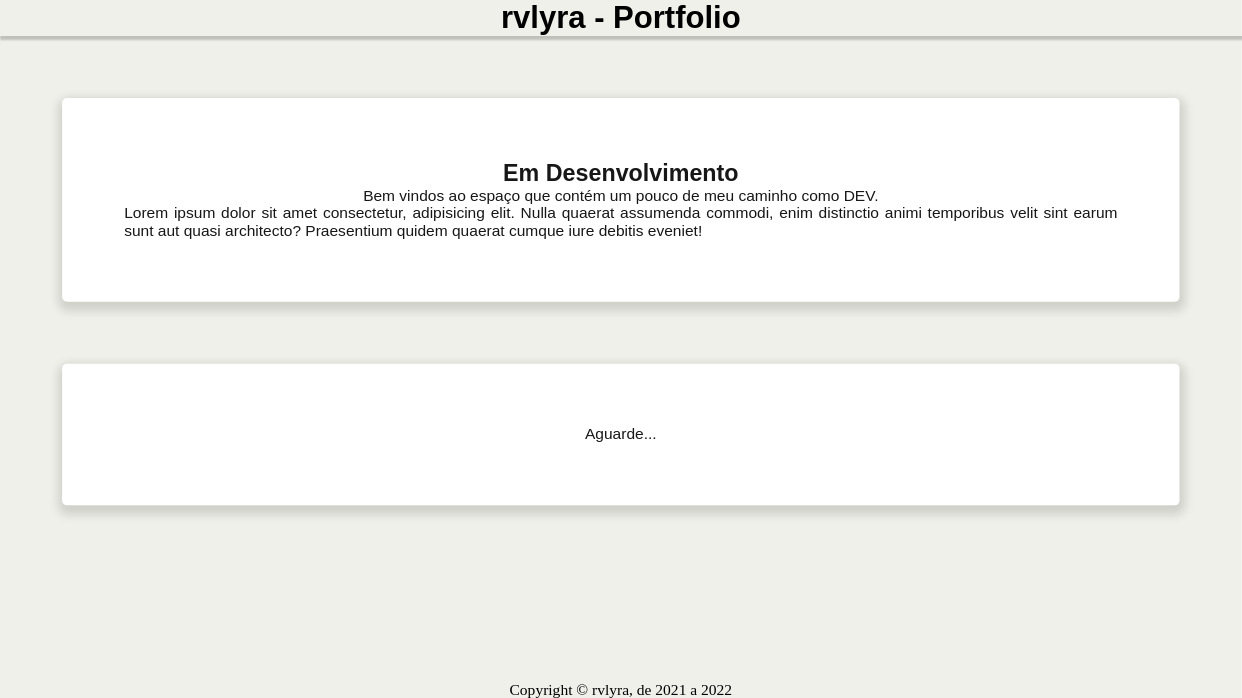
Repository: rvlyra/splash-screen-rvlyra
Page: Portfolio-RVLYRA/public/index.html
The author's editor kept a copy of each file at every save. The page is drawn from the files as they stood at one save, then again after the next save.
The browser window is 1280 px wide. The pictures show the whole page, at 97% of full size.
Some web fonts or font styles are not loaded; a fallback is used.

Above is the page before, as saved 2022-07-06 09:44:24.

### Portfolio-RVLYRA/public/index.html
<!DOCTYPE html>
<html lang="en">
<head>
    <meta charset="UTF-8">
    <meta http-equiv="X-UA-Compatible" content="IE=edge">
    <meta name="viewport" content="width=device-width, initial-scale=1.0">
    <link rel="stylesheet" href="../assets/src/css/rl.main.css">
    <title>rvlyra @ Portfolio</title>
</head>
<body>
    <main>

        <header class="header">
            <h1>rvlyra - Portfolio</h1>
        </header>

        <section class="sec-one">
            <h2>Em Desenvolvimento</h2>
            <p>Bem vindos ao espaço que contém um pouco de meu caminho como DEV.</p>
            <p>Lorem ipsum dolor sit amet consectetur, adipisicing elit. Nulla quaerat assumenda commodi, enim distinctio animi temporibus velit sint earum sunt aut quasi architecto? Praesentium quidem quaerat cumque iure debitis eveniet!</p>
        </section>
        <section>
            Aguarde...

        </section>



        <footer class="footer">
            <p>Copyright © rvlyra, de 2021 a <span id="ano"></span></p>
        </footer>

    </main>

      <script src="../assets/src/js/rl.main.js"></script>
</body>
</html>

### Portfolio-RVLYRA/assets/src/css/rl.main.css
@import url('https://fonts.googleapis.com/css2?family=Mingzat&display=swap');

* {
    margin: 0;
    padding: 0;
    box-sizing: border-box;
}

.header {
    font-family: 'Mingzat', sans-serif;
    display:flex;
    justify-content:center;
    align-items:center;
    box-shadow: 2px 2px 2px 2px rgba(0, 0, 0, 0.2);
}

main {
    background-color: rgb(240, 240, 234);
    width:100vw;
    height:100vh;
}

section {
    font-family: 'Mingzat', sans-serif;
    display:flex;
    justify-content:space-evenly;
    align-items:center;
    flex-direction: column;
    color: rgb(24, 23, 23);
    text-align: justify;
    margin: 5%;
    padding: 5%;
    border-radius: 5px;
    box-shadow: 1px 5px 10px 5px rgba(0, 0, 0, 0.13);

    background-color:rgb(255, 255, 255);

}

.footer {
    width: 100%;
    bottom: 0;
    position: fixed;
    text-align: center;
}

### Portfolio-RVLYRA/assets/src/js/rl.main.js
const ano = document.getElementById("ano");
const anoAtual = new Date();
ano.innerHTML = anoAtual.getFullYear();

After the next save:
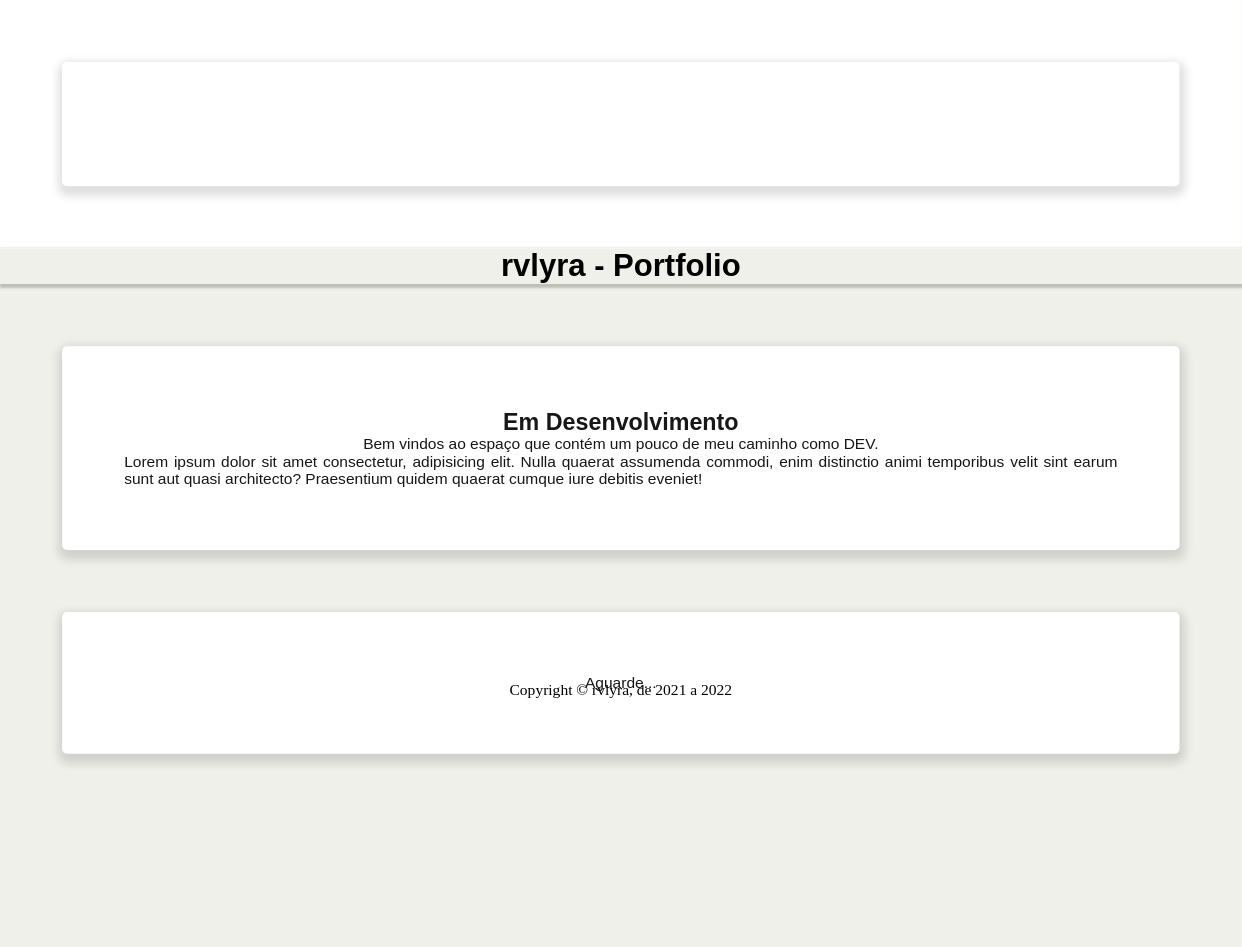
Saved 57 s later.
--- a/Portfolio-RVLYRA/public/index.html
+++ b/Portfolio-RVLYRA/public/index.html
@@ -8,6 +8,7 @@
     <title>rvlyra @ Portfolio</title>
 </head>
 <body>
+    <section></section>
     <main>
 
         <header class="header">
